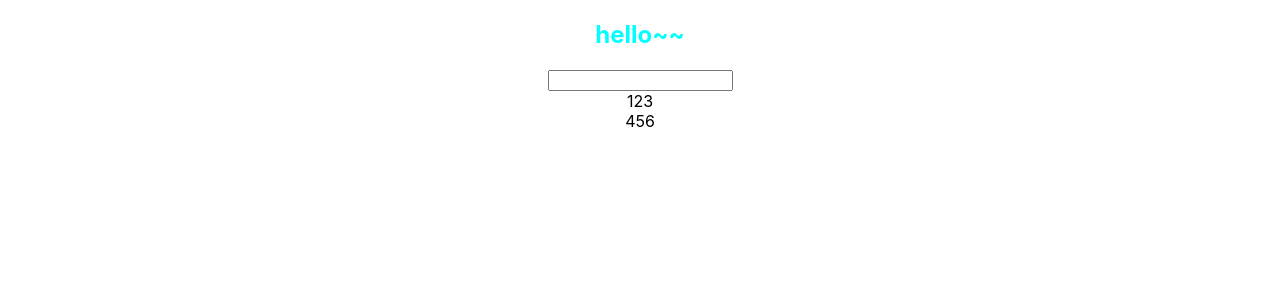
Repository: Gaays/React-todo-list
Page: /
The author's editor kept a copy of each file at every save. The page is drawn from the files as they stood at one save, then again after the next save.
The browser window is 1280 px wide. The pictures show the whole page.
The project was rebuilt for these pictures with package versions that can differ from the ones it lists, and the page was loaded fresh each time.

Above is the page before, as saved 2022-10-15 19:12:27.

### src/App.js
import './App.css';
import Todo from './components/Todo';

function App() {
  return (
    <div className="App">
      <Todo />
    </div>
  );
}

export default App;

### src/components/Todo/index.jsx
import React, { Component } from "react";
import hello from './index.module.css'
import TodoItem from '../TodoItem'


class TodoInput extends Component {
  render() {
    return (
      <div>
        <input type="text" />
      </div>
    );
  }
}

export default class Todo extends Component {
  state = {
    list: [
      {
        id: 1,
        check: false,
        label: '123'
      },
      {
        id: 2,
        check: false,
        label: '456'
      },
    ]
  }
  render() {
    const todoList = this.state.list.map((item) => {
      return <TodoItem data={item} key={item.id} />
    })
    return (
      <div>
        <h2 className={hello.title}>hello~~</h2 >
        <TodoInput />
        <div>{todoList}</div>
      </div>
    )
  }
}

### src/components/Todo/index.module.css
.title {
  color: aqua;
}

### src/components/TodoItem/index.jsx
import React, { Component } from 'react'

export default class TodoItem extends Component {
  render() {
    return (
      <div>{this.props.data.label}</div>
    )
  }
}

Loaded but not shown: public/index.html (common file); src/index.js (common file); src/index.css (common file); src/reportWebVitals.js (common file); src/App.css (common file)

After the next save:
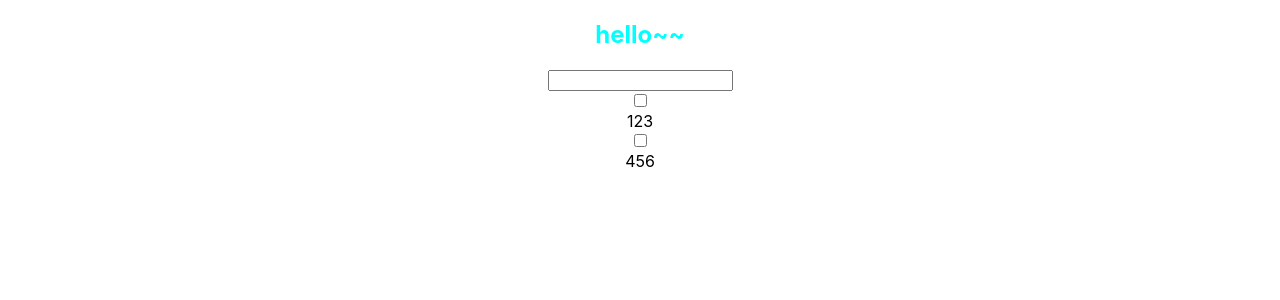
Saved 17 min 18 s later.
--- a/src/components/TodoItem/index.jsx
+++ b/src/components/TodoItem/index.jsx
@@ -3,7 +3,10 @@ import React, { Component } from 'react'
 export default class TodoItem extends Component {
   render() {
     return (
-      <div>{this.props.data.label}</div>
+      <div>
+        <input type="checkbox" name="" id="" />
+        <div>{this.props.data.label}</div>
+      </div>
     )
   }
 }
